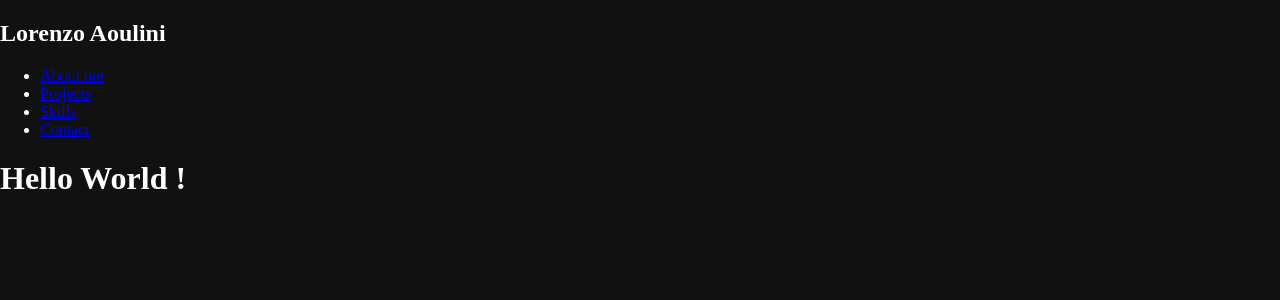
Repository: lolo298/lolo298.github.io
Page: index.html
An editor plug-in stored every save of this project. The page is shown before and after the next save, followed by the edit.
The browser window is 1280 px wide. The pictures show the whole page.

Above is the page before, as saved 2022-05-09 17:22:42.

### index.html
<!DOCTYPE html>
<html lang="en">

<head>
    <meta charset="UTF-8">
    <meta http-equiv="X-UA-Compatible" content="IE=edge">
    <meta name="viewport" content="width=device-width, initial-scale=1.0">
    <link rel="stylesheet" href="css/style.css">
    <title>Portfolio</title>
</head>

<body>
    <div class="main-container">
        <nav class="main-navbar">
            <h1>Lorenzo Aoulini</h1>
            <ul class="main-navbar-list">
                <li class="main-navbar-item">
                    <a href="#">About me</a>
                </li>
                <li class="main-navbar-item">
                    <a href="#">Projects</a>
                </li>
                <li class="main-navbar-item">
                    <a href="#">Skills</a>
                </li>
                <li class="main-navbar-item">
                    <a href="#">Contact</a>
                </li>
        </nav>
        <h1>Hello World !</h1>

    </div>

</body>

</html>

### css/style.css
html {
    background-color: #111111;
}

body {
    padding: 0;
    margin: 0;
}

.main-container {
    color: white;
    height: 100%;
    width: 100%;
}


/* .main-navbar {
    background-color: #373737;
    height: 10%;
    width: 100%;
    display: flex;
    justify-content: space-between;
    align-items: center;
    padding: 1% 0% 1% 0%;
}

.main-navbar>* {
    margin: 0;
}

.main-navbar-list {
    width: 25%;
    display: flex;
    flex-direction: row;
    align-items: center;
    list-style: none;
    margin-right: 1%;
    height: 100%;
}

.main-navbar-item {
    height: 100%;
    padding: 0% 5% 0% 5%;
    display: flex;
    justify-content: center;
    align-items: center;
}

.main-navbar-item>a {
    vertical-align: middle;
    text-decoration: none;
    color: white;
    width: max-content;
    height: 100%;
    padding: 100% 0% 100% 0%;
}

.main-navbar-item:hover {
    background-color: #6A6A6A;
} */

.main-navbar>div {
    background-color: #353535;
    display: flex;
    flex-direction: row;
    width: 100vw;
    height: 110px;
    justify-content: space-between;
}

.menu {
    display: flex;
    flex-direction: column;
    align-items: center;
    width: max-content;
    list-style-type: none;
    margin: 0;
}

.menu>li {
    height: 110px;
    width: 100%;
    display: flex;
    align-items: center;
    justify-content: center;
    background-color: rgb(108, 108, 108);
}

.menu>li:hover {
    background-color: rgb(156, 156, 156);
}

.menu-item>a {
    color: white;
    text-decoration: none;
    padding-left: 10px;
    padding-right: 10px;
    font-family: 'Roboto', sans-serif;
}

After the next save:
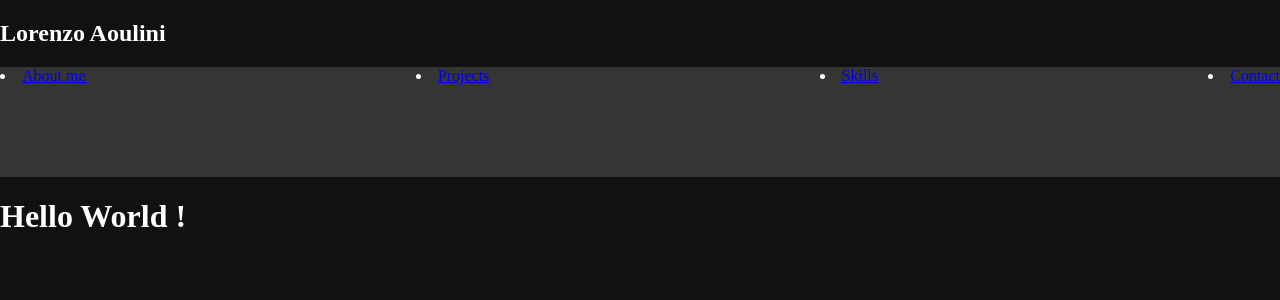
Saved 44 s later.
--- a/index.html
+++ b/index.html
@@ -13,7 +13,7 @@
     <div class="main-container">
         <nav class="main-navbar">
             <h1>Lorenzo Aoulini</h1>
-            <ul class="main-navbar-list">
+            <div class="main-navbar-list">
                 <li class="main-navbar-item">
                     <a href="#">About me</a>
                 </li>
@@ -29,7 +29,7 @@
         </nav>
         <h1>Hello World !</h1>
 
-    </div>
+        </div>
 
 </body>
 
